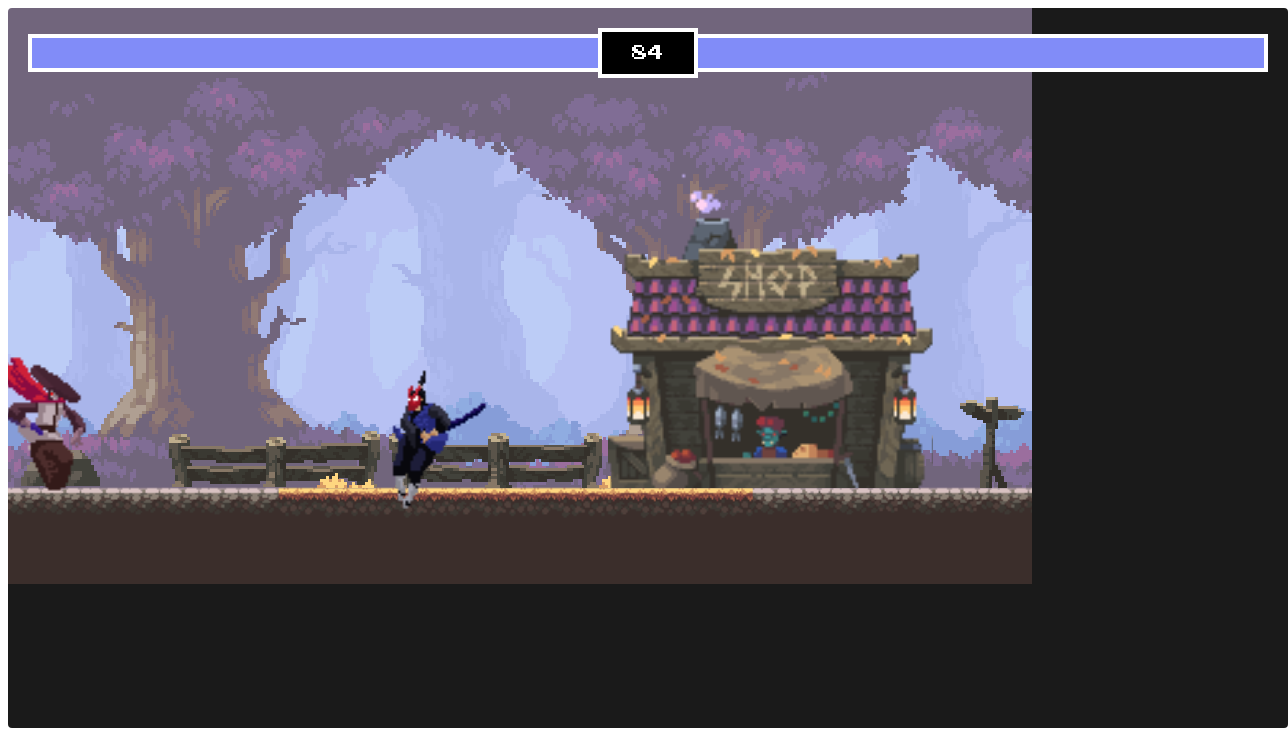
Repository: LuizAGDomingues/js-fighting-game
Page: index.html
These files come from the project's save history. The page is drawn as it stood at one moment and after the next save; the edit follows.
The browser window is 1280 px wide. The page is 1288 px wide, so the pictures cover 1288 px, including what lies to the right of the window. The pictures show the whole page.

Above is the page before, as saved 2022-12-23 21:48:37.

### index.html
<!DOCTYPE html>
<html lang="en">
  <head>
    <meta charset="UTF-8" />
    <link rel="icon" type="image/svg+xml" href="./images/Logo.jpg" />
    <link rel="preconnect" href="https://fonts.googleapis.com" />
    <link rel="preconnect" href="https://fonts.gstatic.com" crossorigin />
    <link href="https://fonts.googleapis.com/css2?family=Press+Start+2P&display=swap" rel="stylesheet" />
    <link href="./src/css/battle.css" rel="stylesheet" />
    <meta name="viewport" content="width=device-width, initial-scale=1.0" />
    <title>Figthing Game</title>
  </head>
  <body>
    <div class="content">
      <div class="life-bars">
        <!-- player health -->
        <div class="playerHealth-content">
          <div class="playerHealth-aux"></div>
          <div id="playerHealth" class="playerHealth-bar"></div>
        </div>
        <!-- timer -->
        <div id="timer" class="timer">10</div>
        <!-- enemy health -->
        <div class="enemyHealth-content">
          <div class="enemyHealth-aux"></div>
          <div id="enemyHealth" class="enemyHealth-bar"></div>
        </div>
      </div>
      <div id="displayText" class="result">Tie</div>
      <canvas style="border-radius: 4px;"></canvas>
    </div>
    <script
      src="https://cdnjs.cloudflare.com/ajax/libs/gsap/3.11.3/gsap.min.js"
      integrity="sha512-gmwBmiTVER57N3jYS3LinA9eb8aHrJua5iQD7yqYCKa5x6Jjc7VDVaEA0je0Lu0bP9j7tEjV3+1qUm6loO99Kw=="
      crossorigin="anonymous"
      referrerpolicy="no-referrer"
    ></script>
    <script src="./src/utils.js"></script>
    <script src="./src/classes.js"></script>
    <script src="./src/main.js"></script>
  </body>
</html>

### src/css/battle.css
* {
  box-sizing: border-box;
  font-family: 'Press Start 2P', sans-serif;
}

.content {
  position: relative;
  display: inline-block;
}

.life-bars {
  position: absolute;
  display: flex;
  width: 100%;
  align-items: center;
  padding: 20px;
}

.playerHealth-content {
  position: relative;
  width: 100%;
  display: flex;
  justify-content: flex-end;
  border-top: 4px solid white;
  border-left: 4px solid white;
  border-bottom: 4px solid white;
}

.playerHealth-aux {
  background-color: red;
  height: 30px;
  width: 100%;
}

.playerHealth-bar {
  position: absolute;
  background: #818CF8;
  top: 0;
  right: 0;
  bottom: 0;
  width: 100%;
}

.timer {
  background-color: black;
  width: 100px;
  height: 50px;
  flex-shrink: 0;
  display: flex;
  align-items: center;
  justify-content: center;
  color: white;
  border: 4px solid white;
}

.enemyHealth-content {
  position: relative;
  width: 100%;
  border-top: 4px solid white;
  border-right: 4px solid white;
  border-bottom: 4px solid white;
}

.enemyHealth-aux {
  background-color: red;
  height: 30px;
}

.enemyHealth-bar {
  position: absolute;
  background: #818CF8;
  top: 0;
  right: 0;
  bottom: 0;
  left: 0;
}

.result {
  position: absolute;
  color: white;
  align-items: center;
  justify-content: center;
  top: 0;
  right: 0;
  bottom: 0;
  left: 0;
  display: none;
}

### src/utils.js
function rectangularCollision({ rectangle1, rectangle2 }) {
  return (
    rectangle1.attackBox.position.x + rectangle1.attackBox.width >= rectangle2.position.x
    && rectangle1.attackBox.position.x <= rectangle2.position.x + rectangle2.width
    && rectangle1.attackBox.position.y + rectangle1.attackBox.height >= rectangle2.position.y
    && rectangle1.attackBox.position.y <= rectangle2.position.y + rectangle2.height
  )
};

function determineWinner({player, enemy, timerId}) {
  clearTimeout(timerId)
  document.querySelector('#displayText').style.display = 'flex'
  if(player.health === enemy.health) {
    document.querySelector('#displayText').innerHTML = 'Tie'
  } else if (player.health > enemy.health) {
    document.querySelector('#displayText').innerHTML = 'Player 1 wins'
  } else if (player.health < enemy.health) {
    document.querySelector('#displayText').innerHTML = 'Player 2 wins'
  }
};

### src/classes.js
class Sprite {
  constructor({position, imageSrc, scale = { x: 1, y: 1 }, framesMax = 1, offset = { x: 0, y: 0 }}) {
    this.position = position
    this.image = new Image()
    this.image.src = imageSrc
    this.scale = scale
    this.framesMax = framesMax
    this.framesCurrent = 0
    this.framesElapsed = 0
    this.framesHold = 5
    this.offset = offset
  }

  draw() {
    c.drawImage(
      this.image,
      this.framesCurrent * (this.image.width / this.framesMax),
      0,
      this.image.width / this.framesMax,
      this.image.height,
      this.position.x - this.offset.x,
      this.position.y - this.offset.y,
      (this.image.width / this.framesMax) * this.scale.x,
      this.image.height * this.scale.y
    )
  }

  animateFrames() {
    this.framesElapsed++
    if(this.framesElapsed % this.framesHold === 0) {
      if(this.framesCurrent < this.framesMax - 1) {
        this.framesCurrent++
      } else {
        this.framesCurrent = 0
      }
    }
  }

  update() {
    this.draw()
    this.animateFrames()
  }
}

class Fighter extends Sprite {
  constructor({
    position,
    velocity,
    color = 'red',
    imageSrc,
    scale = { x: 1, y: 1 },
    framesMax = 1,
    offset = { x: 0, y: 0 },
    sprites,
    attackBox = { offset: {}, width: undefined, height: undefined }
  }) {
    super({
      position,
      imageSrc,
      scale,
      framesMax,
      offset
    })

    this.velocity = velocity
    this.width = 50
    this.height = 150
    this.lastKey
    this.attackBox = {
      position: {
        x: this.position.x,
        y: this.position.y
      },
      offset: attackBox.offset,
      width: attackBox.width,
      height: attackBox.height
    }
    this.color = color
    this.isAttacking
    this.health = 100
    this.framesCurrent = 0
    this.framesElapsed = 0
    this.framesHold = 5
    this.sprites = sprites
    this.dead = false

    for (const sprite in this.sprites) {
      sprites[sprite].image = new Image()
      sprites[sprite].image.src = sprites[sprite].imageSrc
    }
  }

  update() {
    this.draw()
    if(!this.dead) this.animateFrames()

    this.attackBox.position.x = this.position.x + this.attackBox.offset.x
    this.attackBox.position.y = this.position.y + this.attackBox.offset.y

    // Draw the attack box
    //c.fillRect(this.attackBox.position.x, this.attackBox.position.y, this.attackBox.size.width, this.attackBox.height)

    this.position.x += this.velocity.x
    this.position.y += this.velocity.y

    // gravity function
    if(this.position.y + this.height + this.velocity.y >= canvas.height - 96) {
      this.velocity.y = 0
      this.position.y = 330
    } else this.velocity.y += gravity

  }

  attack() {
    if(this.image === this.sprites.takeHit.image || this.image === this.sprites.death.image) {
      return
    } else {
      this.switchSprite('attack1')
      this.isAttacking = true
    }
  }

  takeHit() {
    this.health -= 20
    if(this.health <= 0) {
      this.switchSprite('death')
    } else {
      this.switchSprite('takeHit')
    }
  }

  switchSprite(sprite) {
    if(this.image === this.sprites.death.image) {
      if(this.framesCurrent === this.sprites.death.framesMax - 1)
        this.dead = true
      return
    }
    // overriding all other animations with the attack animation
    if(
      this.image === this.sprites.attack1.image &&
      this.framesCurrent < this.sprites.attack1.framesMax - 1
    ) return
    // overriding when figther gets hit
    if(
      this.image === this.sprites.takeHit.image &&
      this.framesCurrent < this.sprites.takeHit.framesMax - 1
    ) return

    switch(sprite) {
      case 'idle':
        if(this.image !== this.sprites.idle.image) {
          this.image = this.sprites.idle.image
          this.framesMax = this.sprites.idle.framesMax
          this.framesCurrent = 0
        }
        break
      case 'run':
        if(this.image !== this.sprites.run.image) {
          this.image = this.sprites.run.image
          this.framesMax = this.sprites.run.framesMax
          this.framesCurrent = 0
        }
        break
      case 'jump':
        if(this.image !== this.sprites.jump.image) {
          this.image = this.sprites.jump.image
          this.framesMax = this.sprites.jump.framesMax
          this.framesCurrent = 0
        }
        break
      case 'fall':
        if(this.image !== this.sprites.fall.image) {
          this.image = this.sprites.fall.image
          this.framesMax = this.sprites.fall.framesMax
          this.framesCurrent = 0
        }
        break
      case 'attack1':
        if(this.image !== this.sprites.attack1.image) {
          this.image = this.sprites.attack1.image
          this.framesMax = this.sprites.attack1.framesMax
          this.framesCurrent = 0
        }
        break
      case 'takeHit':
        if(this.image !== this.sprites.takeHit.image) {
          this.image = this.sprites.takeHit.image
          this.framesMax = this.sprites.takeHit.framesMax
          this.framesCurrent = 0
        }
        break
      case 'death':
        if(this.image !== this.sprites.death.image) {
          this.image = this.sprites.death.image
          this.framesMax = this.sprites.death.framesMax
          this.framesCurrent = 0
        }
        break
    }
  }
}

### src/main.js
const canvas = document.querySelector('canvas');
const c = canvas.getContext('2d');

canvas.width = window.innerWidth
canvas.height = window.innerHeight

c.fillRect(0, 0, canvas.width, canvas.height)

const gravity = .7

var gameIsOver = false

const background = new Sprite({
  position: {
    x: 0,
    y: 0
  },
  imageSrc: '../images/background.png',
  scale: {
    x: 1,
    y: 1
  }
})

const shop = new Sprite({
  position: {
    x: 600,
    y: 128
  },
  imageSrc: '../images/shop.png',
  scale: {
    x: 2.75,
    y: 2.75
  },
  framesMax: 6
})

const player = new Fighter({
  position: {
    x: 0,
    y: 0
  },
  velocity: {
    x: 0,
    y: 0
  },
  offset: {
    x: 0,
    y: 0
  },
  imageSrc: '../images/samuraiMack/Idle.png',
  framesMax: 8,
  scale: {
    x: 2.5,
    y: 2.5
  },
  offset: {
    x: 215,
    y: 155
  },
  sprites: {
    idle: {
      imageSrc: '../images/samuraiMack/Idle.png',
      framesMax: 8
    },
    run: {
      imageSrc: '../images/samuraiMack/Run.png',
      framesMax: 8
    },
    jump: {
      imageSrc: '../images/samuraiMack/Jump.png',
      framesMax: 2
    },
    fall: {
      imageSrc: '../images/samuraiMack/Fall.png',
      framesMax: 2
    },
    attack1: {
      imageSrc: '../images/samuraiMack/Attack1.png',
      framesMax: 6
    },
    takeHit: {
      imageSrc: '../images/samuraiMack/Take Hit.png',
      framesMax: 4
    },
    death: {
      imageSrc: '../images/samuraiMack/Death.png',
      framesMax: 6
    }
  },
  attackBox: {
    offset: {
      x: 100,
      y: 50
    },
    width: 140,
    height: 50
  }
})

const enemy = new Fighter({
  position: {
    x: 400,
    y: 100
  },
  velocity: {
    x: 0,
    y: 0
  },
  color: 'blue',
  offset: {
    x: -50,
    y: 0
  },
  imageSrc: '../images/kenji/Idle.png',
  framesMax: 4,
  scale: {
    x: 2.5,
    y: 2.5
  },
  offset: {
    x: 215,
    y: 167
  },
  sprites: {
    idle: {
      imageSrc: '../images/kenji/Idle.png',
      framesMax: 4
    },
    run: {
      imageSrc: '../images/kenji/Run.png',
      framesMax: 8
    },
    jump: {
      imageSrc: '../images/kenji/Jump.png',
      framesMax: 2
    },
    fall: {
      imageSrc: '../images/kenji/Fall.png',
      framesMax: 2
    },
    attack1: {
      imageSrc: '../images/kenji/Attack1.png',
      framesMax: 4
    },
    takeHit: {
      imageSrc: '../images/kenji/Take hit.png',
      framesMax: 3
    },
    death: {
      imageSrc: '../images/kenji/Death.png',
      framesMax: 7
    }
  },
  attackBox: {
    offset: {
      x: -170,
      y: 50
    },
    width: 170,
    height: 50
  }
})

const keys = {
  a: {
    pressed: false
  },
  d: {
    pressed: false
  },
  ArrowRight: {
    pressed: false
  },
  ArrowLeft: {
    pressed: false
  }
}

// Timer actions
let timer = 90
let timerId
function decreaseTimer() {
  if(timer > 0) {
    timerId = setTimeout(decreaseTimer, 1000)
    timer--
    document.querySelector('#timer').innerHTML = timer
  }
  if(timer === 0) {
    determineWinner({player, enemy, timerId})
    gameIsOver = true
  }
};
decreaseTimer();

function animate() {
  window.requestAnimationFrame(animate)
  c.fillStyle = 'black'
  c.fillRect(0, 0, canvas.width, canvas.height)
  background.update()
  shop.update()
  c.fillStyle = 'rgba(255, 255, 255, 0.1)'
  c.fillRect(0, 0, canvas.width, canvas.height)
  player.update()
  enemy.update()

  player.velocity.x = 0
  enemy.velocity.x = 0

  // player movement
  if(keys.a.pressed && player.lastKey === 'a' && player.position.x >= 0 && player.image != player.sprites.attack1.image) {
    player.velocity.x = -5
    player.switchSprite('run')
  } else if(keys.d.pressed && player.lastKey === 'd' && player.position.x <= canvas.width - 60 && player.image != player.sprites.attack1.image) {
    player.velocity.x = 5
    player.switchSprite('run')
  } else {
    player.switchSprite('idle')
  }
  // player jumping
  if(player.velocity.y < 0) {
    player.switchSprite('jump')
  } else if(player.velocity.y > 0) {
    player.switchSprite('fall')
  }

  // enemy movement
  if(keys.ArrowLeft.pressed && enemy.lastKey === 'ArrowLeft' && enemy.position.x >= 0) {
    enemy.velocity.x = -5
    enemy.switchSprite('run')
  } else if(keys.ArrowRight.pressed && enemy.lastKey === 'ArrowRight' && enemy.position.x <= canvas.width - 50) {
    enemy.velocity.x = 5
    enemy.switchSprite('run')
  } else {
    enemy.switchSprite('idle')
  }
  // enemy jumping
  if(enemy.velocity.y < 0) {
    enemy.switchSprite('jump')
  } else if(enemy.velocity.y > 0) {
    enemy.switchSprite('fall')
  }

  // detect for collision & enemy is hit
  if(rectangularCollision({rectangle1: player, rectangle2: enemy}) && player.isAttacking && player.framesCurrent === 4) {
    enemy.takeHit()
    player.isAttacking = false
    gsap.to('#enemyHealth', {
      width: enemy.health + '%'
    })
  }

  //if player misses enemy
  if(player.isAttacking && player.framesCurrent === 4) {
    player.isAttacking = false
  }

  // detect for collision & player is hit
  if(rectangularCollision({rectangle1: enemy, rectangle2: player}) && enemy.isAttacking && enemy.framesCurrent === 2) {
    player.takeHit()
    enemy.isAttacking = false
    gsap.to('#playerHealth', {
      width: player.health + '%'
    })
  }

  //if enemy misses enemy
  if(enemy.isAttacking && enemy.framesCurrent === 2) {
    enemy.isAttacking = false
  }

  // end game base on health
  if(enemy.health <= 0 || player.health <= 0){
    determineWinner({player, enemy, timerId})
    gameIsOver = true
  }
}
animate()

window.addEventListener('keydown', (event) => {
  if(!player.dead && !gameIsOver) {
    switch (event.key) {
      case 'd':
        keys.d.pressed = true
        player.lastKey = 'd'
        break
      case 'a':
        keys.a.pressed = true
        player.lastKey = 'a'
        break
      case 'w':
        if(player.image === player.sprites.jump.image || player.image === player.sprites.fall.image) {
          break
        }
        player.velocity.y = -20
        break
      case ' ':
        player.attack()
        break
    }
  }
  if(!enemy.dead && !gameIsOver) {
    switch (event.key) {
      case 'ArrowRight':
        keys.ArrowRight.pressed = true
        enemy.lastKey = 'ArrowRight'
        break
      case 'ArrowLeft':
        keys.ArrowLeft.pressed = true
        enemy.lastKey = 'ArrowLeft'
        break
      case 'ArrowUp':
        if(enemy.image === enemy.sprites.jump.image || enemy.image === enemy.sprites.fall.image) {
          break
        }
        enemy.velocity.y = -20
        break
      case 'ArrowDown':
        enemy.attack()
        break
    }
  }
})

window.addEventListener('keyup', (event) => {
  switch (event.key) {
    case 'd':
      keys.d.pressed = false
      break
    case 'a':
      keys.a.pressed = false
      break

    case 'ArrowRight':
      keys.ArrowRight.pressed = false
      break
    case 'ArrowLeft':
      keys.ArrowLeft.pressed = false
      break
  }
})

After the next save:
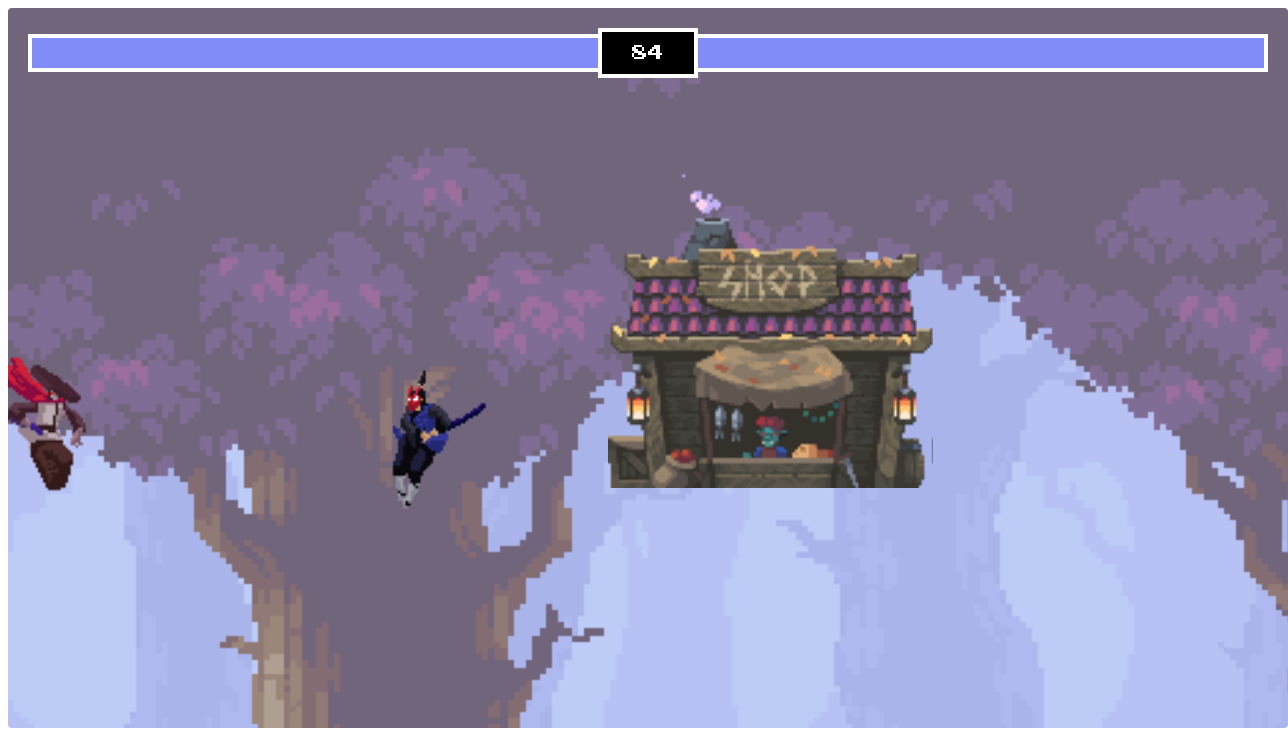
Saved 10 s later.
--- a/src/main.js
+++ b/src/main.js
@@ -17,8 +17,8 @@ const background = new Sprite({
   },
   imageSrc: '../images/background.png',
   scale: {
-    x: 1,
-    y: 1
+    x: 2,
+    y: 2
   }
 })
 
